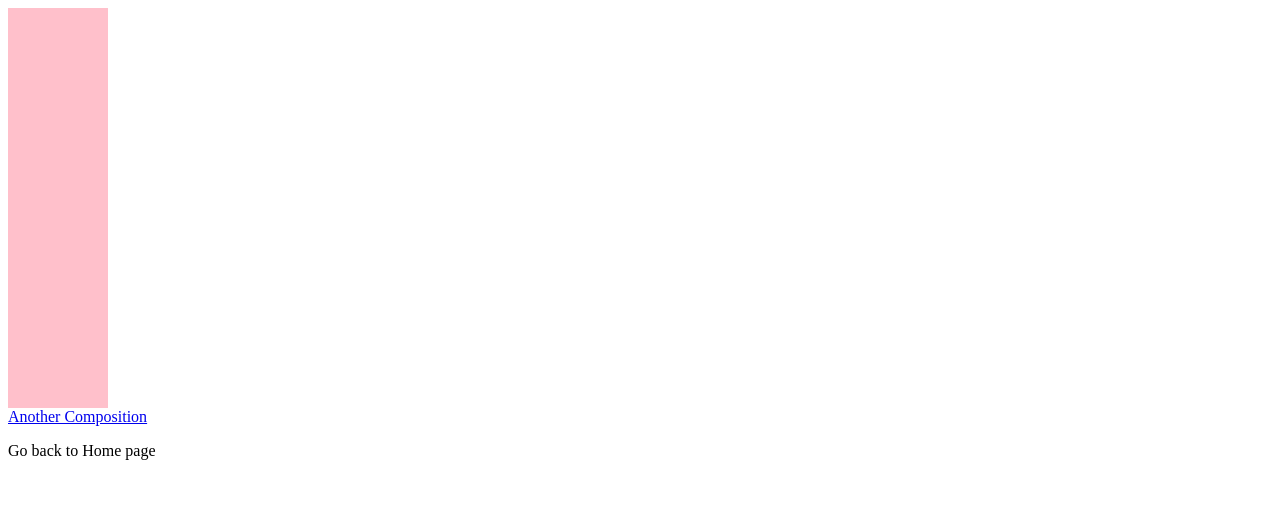
Repository: hyereechoi/hyereechoi.github.io
Page: page2.html
The author's editor kept a record of every edit. The page is drawn from the files as they stood at one moment, then again after the next edit.
The browser window is 1280 px wide. The pictures show the whole page.

Above is the page before.

After the next edit:
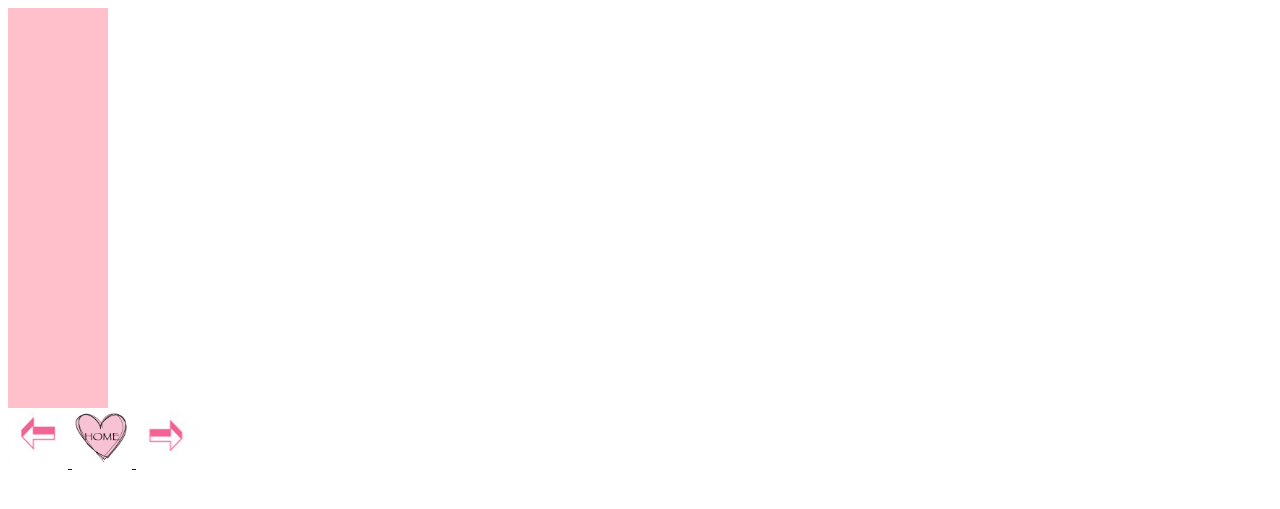
The edit:
--- a/page2.html
+++ b/page2.html
@@ -92,10 +92,17 @@
 
 <div></div>
 
-<a href="page4.html">Another Composition</a>
+<a href=index.html">
+<img src="pre.jpg" style="width:60px;height:60px;border:0">
+</a>
 
-<p href="index.html">Go back to Home page</p>
+<a href="index.html">
+<img src="home.jpg" style="width:60px;height:60px;border:0">
+</a>
 
 
+<a href="h5.html">
+<img src="next.jpg" style="width:60px;height:60px;border:0">
+</a>
 </body>
 </html>
